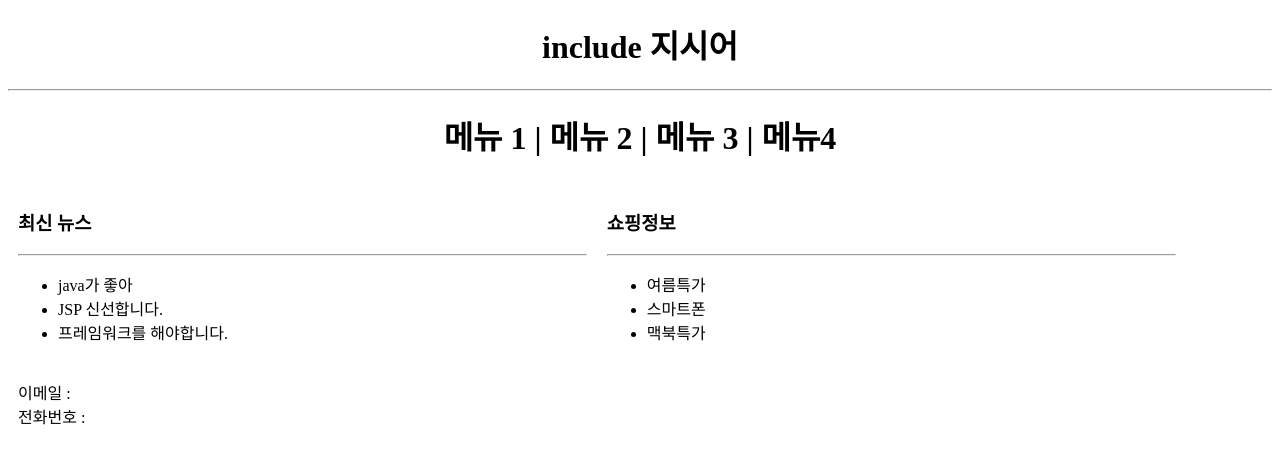
Repository: hhw9797/bitcampjn201904
Page: http://localhost/FirstWeb/index.jsp
These files come from the project's save history. The page is drawn as it stood at one moment and after the next save; the edit follows.
The browser window is 1280 px wide. The pictures show the whole page.
The page is served by Tomcat 9. Other server files are loaded and not shown.

Above is the page before, as saved 2019-06-19 09:18:51.

### jsp/FirstWeb/WebContent/index.jsp
<%@ page language="java" contentType="text/html; charset=UTF-8"
    pageEncoding="UTF-8"%>
<!DOCTYPE html>
<html>
<head>
<meta charset="UTF-8">
<title>Insert title here</title>
<script src="https://code.jquery.com/jquery-1.12.4.js"></script>
<style>
	h1 {
		text-align: center;
	}
	div {
		padding : 10px;
		width : 45%;
		float : left;
	}
</style>
</head>
<body>
	<h1> include 지시어</h1>
	<hr>
	<!-- 메뉴 시작 -->
	<%@ include file="include/top.jsp" %>
	<!-- 메뉴 끝 -->
	<!-- 왼쪽 영역 시작 -->
	<%@ include file="include/left.jsp" %>
	<!-- 왼쪽 영역 끝 -->
	<!-- 오른쪽 영역 시작 -->
	<%@ include file="include/right.jsp" %>
	<!-- 오른쪽 영역 끝 -->

	<!-- footer 시작 -->
	<jsp:include page="include/footer.jsp">
	<jsp:param value="010-1111-2222" name="tel"/>
	<jsp:param value="test@test.com" name="email"/>
	</jsp:include>
	<!-- footer 끝 -->
</body>
</html>

### jsp/FirstWeb/WebContent/include/top.jsp
<%@ page language="java" contentType="text/html; charset=UTF-8"
    pageEncoding="UTF-8"%>
	<h1>메뉴 1 | 메뉴 2 | 메뉴 3 | 메뉴4</h1>

### jsp/FirstWeb/WebContent/include/left.jsp
<%@ page language="java" contentType="text/html; charset=UTF-8"
    pageEncoding="UTF-8"%>
<div>
	<h3>최신 뉴스</h3>
	<hr>
	<ul>
		<li>java가 좋아</li>
		<li>JSP 신선합니다.</li>
		<li>프레임워크를 해야합니다.</li>
	</ul>
</div>

### jsp/FirstWeb/WebContent/include/right.jsp
<%@ page language="java" contentType="text/html; charset=UTF-8"
    pageEncoding="UTF-8"%>
<div>
	<h3>쇼핑정보</h3>
	<hr>
	<ul>
		<li>여름특가</li>
		<li>스마트폰</li>
		<li>맥북특가</li>
	</ul>
</div>

### jsp/FirstWeb/WebContent/include/footer.jsp
<%@ page language="java" contentType="text/html; charset=UTF-8"
    pageEncoding="UTF-8"%>
<div id="footer">
	이메일 : <br>
	전화번호 :
</div>

After the next save:
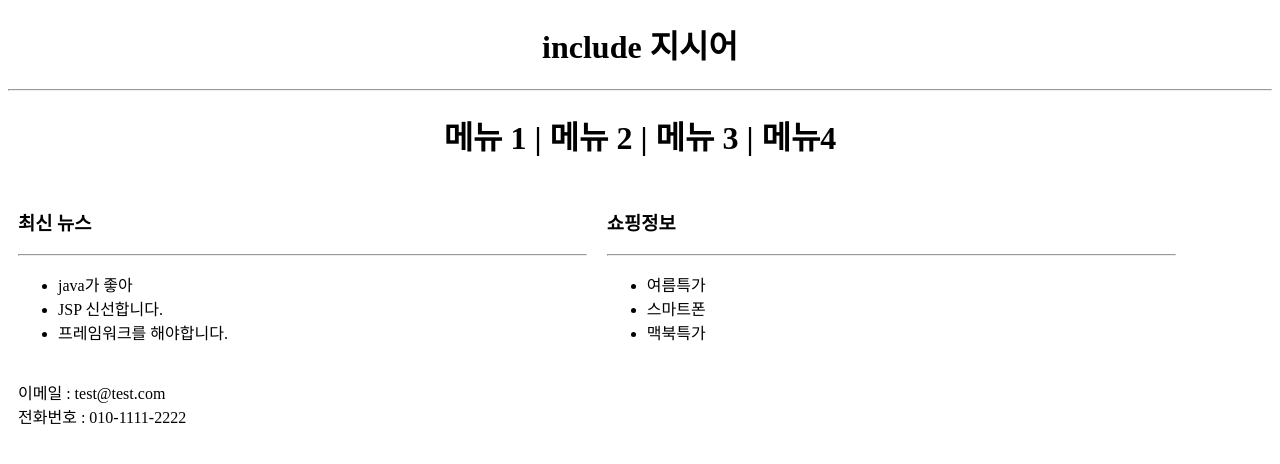
Saved 116 s later.
--- a/jsp/FirstWeb/WebContent/include/footer.jsp
+++ b/jsp/FirstWeb/WebContent/include/footer.jsp
@@ -1,6 +1,6 @@
 <%@ page language="java" contentType="text/html; charset=UTF-8"
     pageEncoding="UTF-8"%>
 <div id="footer">
-	이메일 : <br>
-	전화번호 :
+	이메일 : <%= request.getParameter("email") %><br>
+	전화번호 : <%= request.getParameter("tel") %>
 </div>
